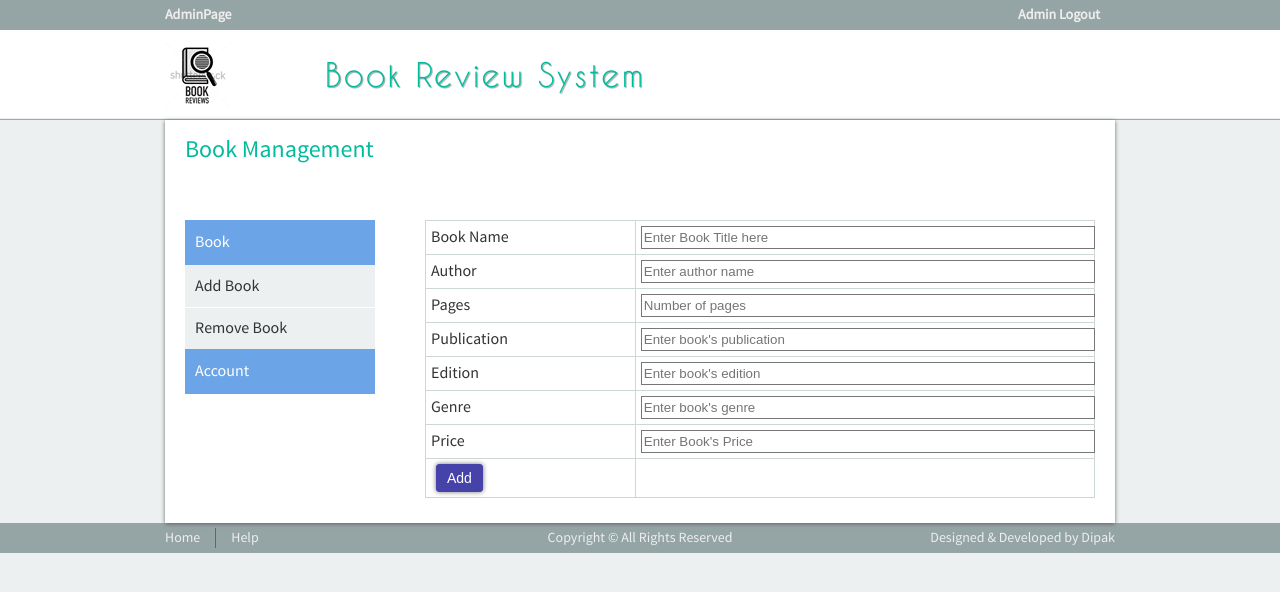
Repository: dipaksh/MyMiniProject
Page: http://localhost/BookReviewSystem/AdminIndex.jsp
The author's editor kept a copy of each file at every save. The page is drawn from the files as they stood at one save, then again after the next save.
The browser window is 1280 px wide. The pictures show the whole page.
The page is served by Tomcat 9.

Above is the page before, as saved 2016-09-21 08:35:56.

After the next save:
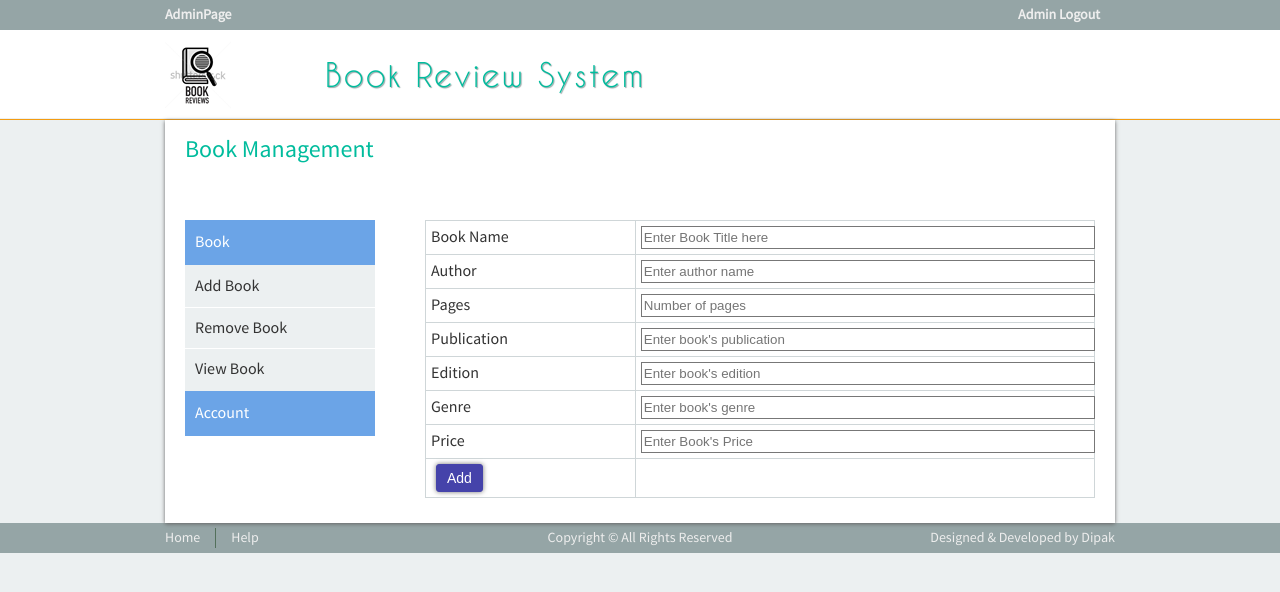
Saved 80 s later.
--- a/LastDayDestiny/BookReviewSystem/WebContent/AdminIndex.jsp
+++ b/LastDayDestiny/BookReviewSystem/WebContent/AdminIndex.jsp
@@ -108,6 +108,7 @@
 											<ul>
 												<li><a href="AdminIndex.jsp">Add Book</a></li>
 												<li><a href="RemoveBook.jsp">Remove Book </a></li>
+												<li><a href="ViewBook.jsp">View Book </a></li>
 
 
 											</ul>
